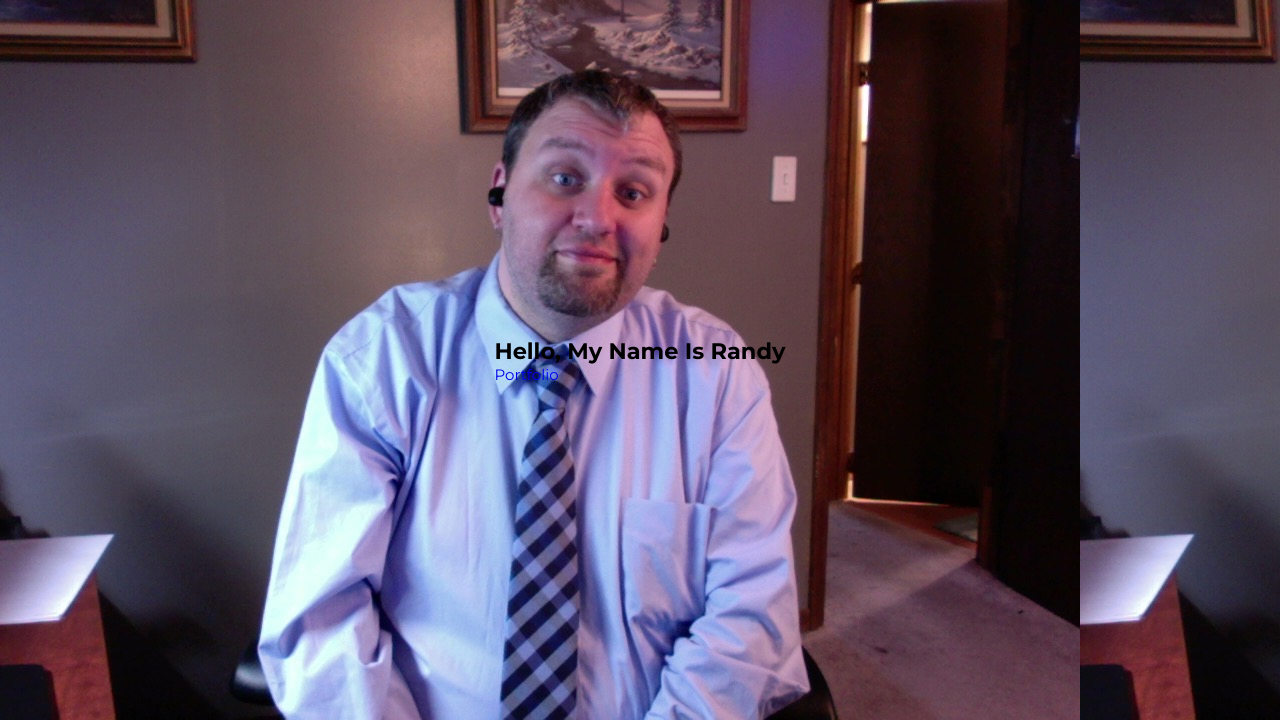
Repository: randysteele/my-portfolio-2023
Page: index.html
These files come from the project's save history. The page is drawn as it stood at one moment and after the next save; the edit follows.
The browser window is 1280 px wide. The pictures show the whole page.

Above is the page before, as saved 2023-04-22 14:13:44.

### index.html
<!DOCTYPE html>
<html lang="en">
<head>
    <meta charset="UTF-8">
    <meta http-equiv="X-UA-Compatible" content="IE=edge">
    <meta name="viewport" content="width=device-width, initial-scale=1.0">
    <link rel="stylesheet" href="style.css">
    <title>Randy Steele Portfolio</title>
</head>
<body>
    <!-- Hero Section -->
    <section id="hero">
        <div class="hero container">
            <div>
            <h1>Hello, My Name Is Randy</h1>
            <a href="#" type="button" class="cta">Portfolio</a>
        </div>
    </div>
    </section>


    <!-- End Hero Section -->
</body>
</html>

### style.css
@import url('https://fonts.googleapis.com/css2?family=Montserrat:wght@300;400;700&display=swap');
* {
    padding: 0;
    margin: 0;
    box-sizing: border-box;
}
html {
    font-size: 15px;
    font-family: "Montserrat", "sans-serif";
}
a {
    text-decoration: none;
}
.container {
    min-height: 100vh;
    width: 100%;
    display: flex;
    align-items: center;
    justify-content: center;
}
/* Hero Section */
#hero {
    background-image: url(./img/me1.jpeg);
}
/* End Hero Section */

After the next save:
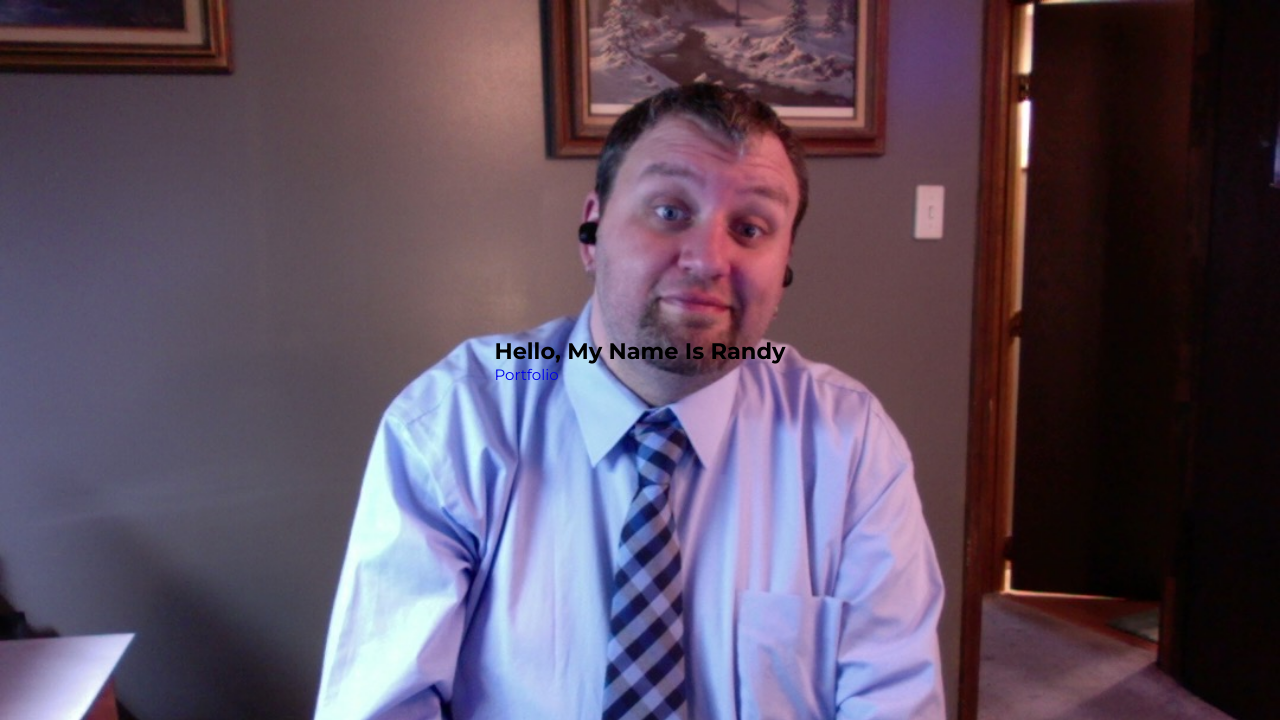
Saved 46 s later.
--- a/style.css
+++ b/style.css
@@ -21,5 +21,8 @@
 /* Hero Section */
 #hero {
     background-image: url(./img/me1.jpeg);
+    background-size: cover;
+    background-position: top center;
+    position: relative;
 }
 /* End Hero Section */
